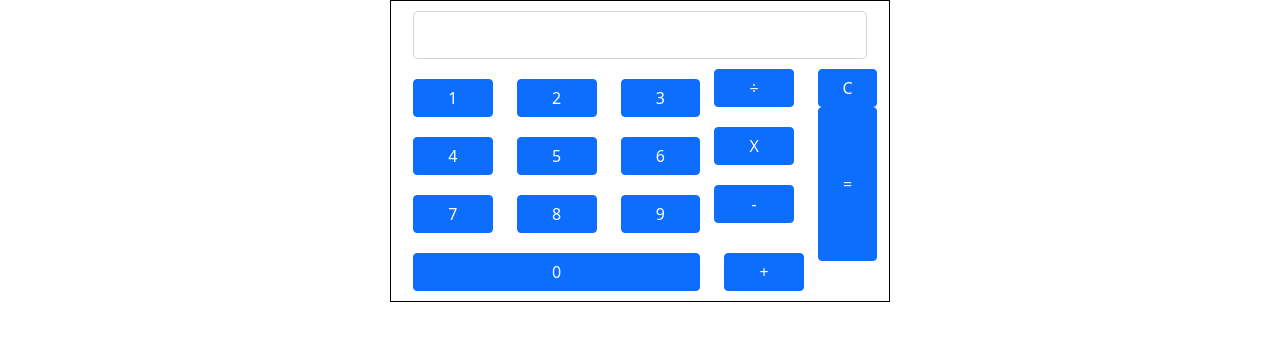
Repository: jsakdalan/CalculatorReactTypescript
Page: /
The author's editor kept a copy of each file at every save. The page is drawn from the files as they stood at one save, then again after the next save.
The browser window is 1280 px wide. The pictures show the whole page.
The project was rebuilt for these pictures with package versions that can differ from the ones it lists, and the page was loaded fresh each time. Also part of the build but not shown: src/App.css.

Above is the page before, as saved 2022-06-07 16:42:22.

After the next save:
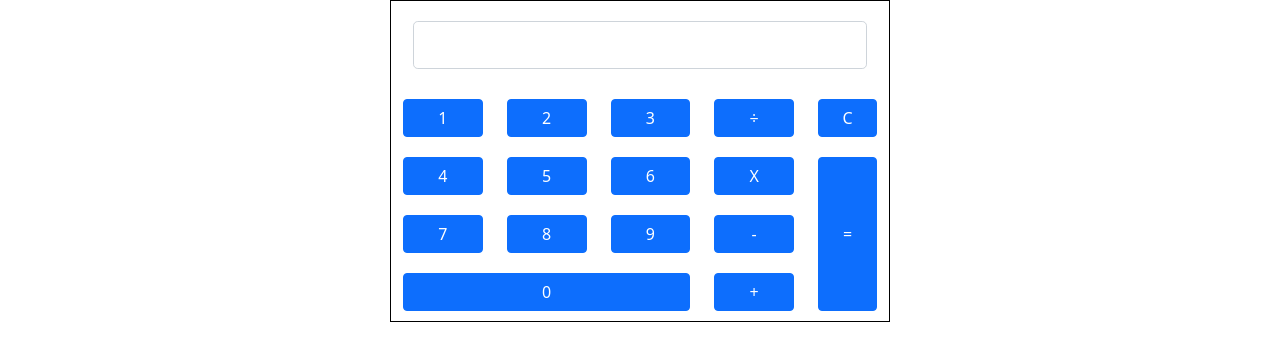
Saved 43 s later.
--- a/src/pages/Calculator.css
+++ b/src/pages/Calculator.css
@@ -9,26 +9,30 @@
 .screen{
     width: 100%;
     padding: 10px;
+    margin: 10px 0px 10px 0px;
 }
 
 .numerical{
     width: 100%;
     padding: 10px;
-    margin: 10px 10px 10px 10px;
+    margin: 10px 0px 10px 0px;
 }
 
 .operational{
     width: 100%;
     padding: 10px;
+    margin: 10px 0px 10px 0px;
 }
 
 .equals{
     height: 154px;
     width: 100%;
     padding: 10px;
+    margin: 10px 0px 10px 0px;
 }
 
 .erase{
     width: 100%;
     padding: 10px;
+    margin: 10px 0px 10px 0px;
 }
